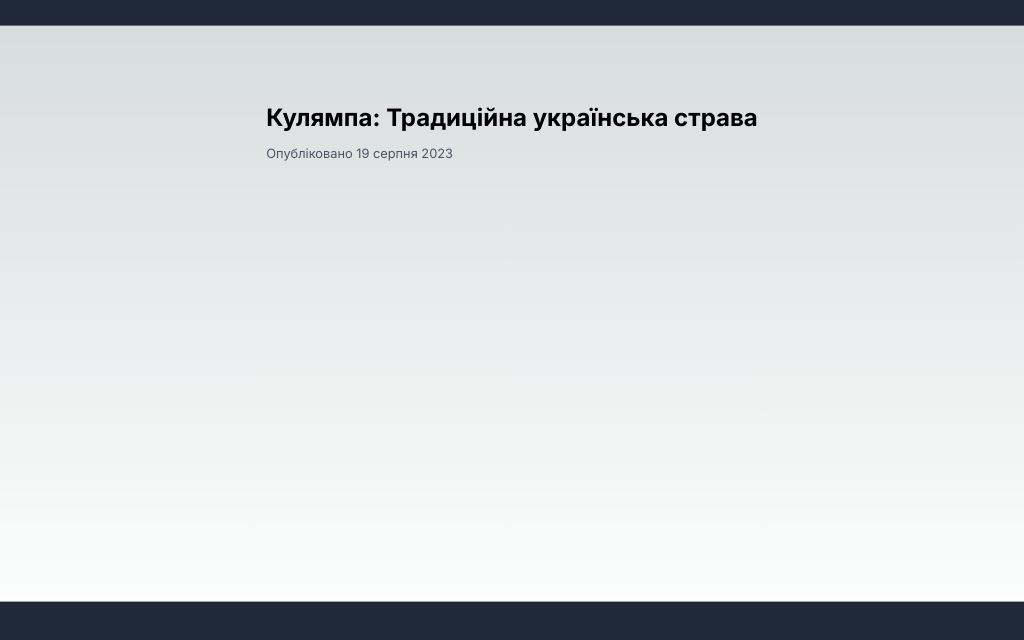
Repository: nika-otter/Kulyampa
Page: /
The author's editor kept a copy of each file at every save. The page is drawn from the files as they stood at one save, then again after the next save.
The browser window is 1280 px wide. The pictures show the whole page, at 80% of full size.
The project was rebuilt for these pictures with package versions that can differ from the ones it lists, and the page was loaded fresh each time. The framework's server and built-in components were replaced by stand-ins that run in the browser. Also part of the build but not shown: next.config.js.

Above is the page before, as saved 2023-08-19 01:40:48.

After the next save:
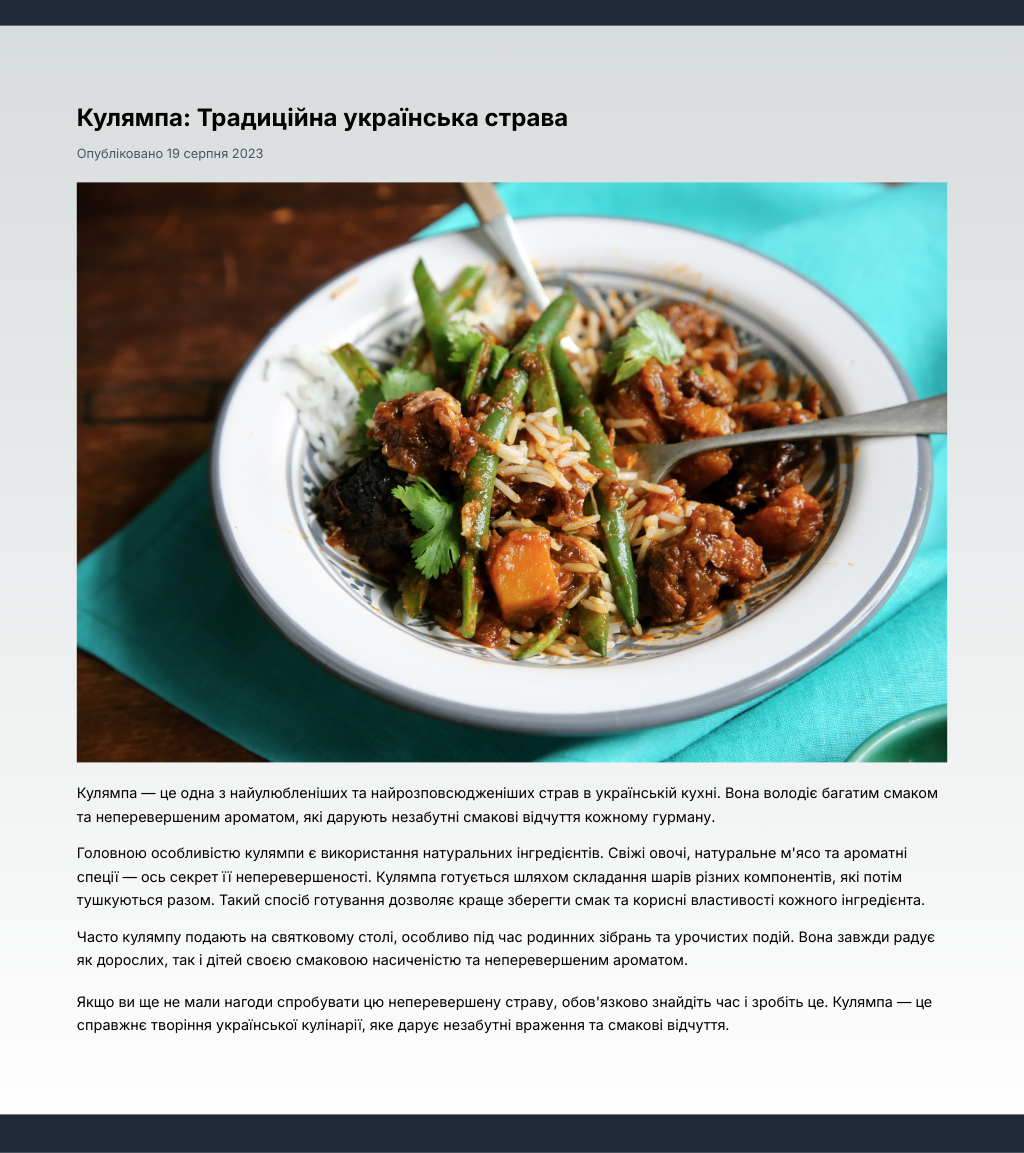
Saved 30 s later.
--- a/components/Kulyampa.tsx
+++ b/components/Kulyampa.tsx
@@ -6,14 +6,14 @@ const Kulyampa = () => {
     <article>
       <h1 className="text-3xl font-bold mb-4">Кулямпа: Традиційна українська страва</h1>
       <p className="text-gray-600 mb-6">Опубліковано 19 серпня 2023</p>
-      {/* <Image
+      <Image
         src="/ca-creative-yzFO7e_87fs-unsplash.jpg"
         alt="Кулямпа"
         className="w-full h-auto mb-6"
         width={192}
         height={128}
-      /> */}
-      {/* <p className="text-lg leading-relaxed mb-4">
+      />
+      <p className="text-lg leading-relaxed mb-4">
         Кулямпа — це одна з найулюбленіших та найрозповсюдженіших страв
         в українській кухні. Вона володіє багатим смаком та неперевершеним
         ароматом, які дарують незабутні смакові відчуття кожному гурману.
@@ -34,7 +34,7 @@ const Kulyampa = () => {
         Якщо ви ще не мали нагоди спробувати цю неперевершену страву, обов'язково
         знайдіть час і зробіть це. Кулямпа — це справжнє творіння української кулінарії,
         яке дарує незабутні враження та смакові відчуття.
-      </p> */}
+      </p>
     </article>
   )
 }
